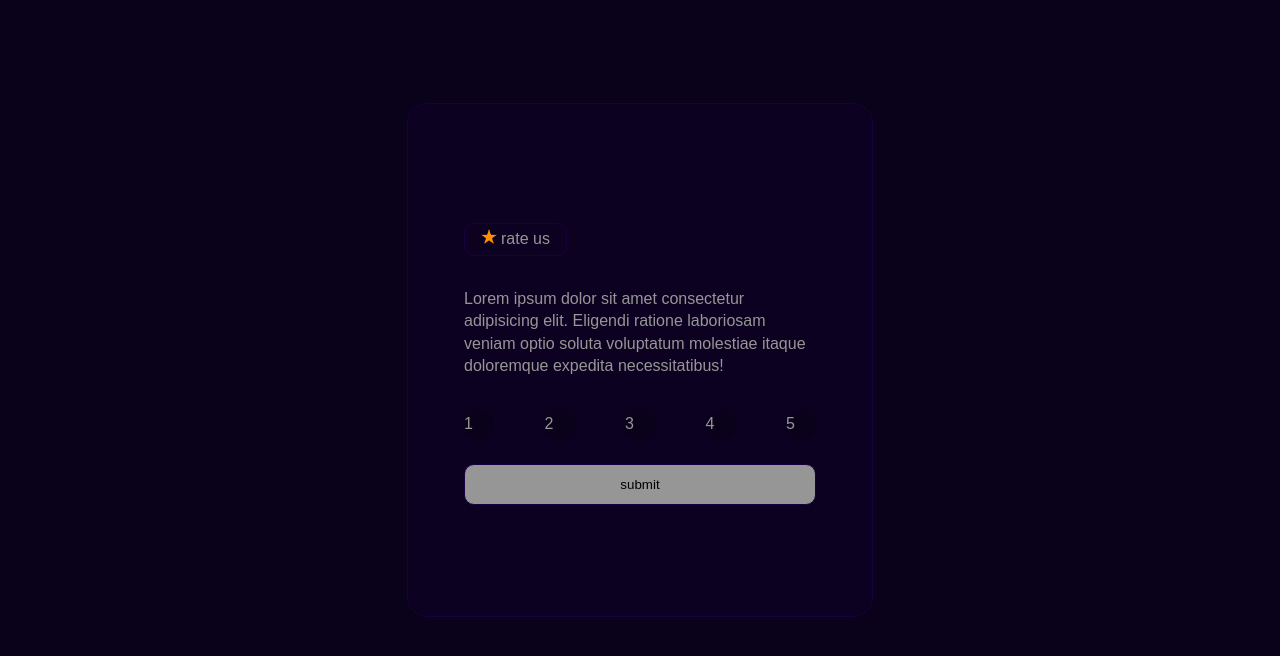
Repository: russel-success/xcodepp-TASK-2
Page: index.html
The author's editor kept a copy of each file at every save. The page is drawn from the files as they stood at one save, then again after the next save.
The browser window is 1280 px wide. The pictures show the whole page.

Above is the page before, as saved 2024-05-25 10:06:27.

After the next save:
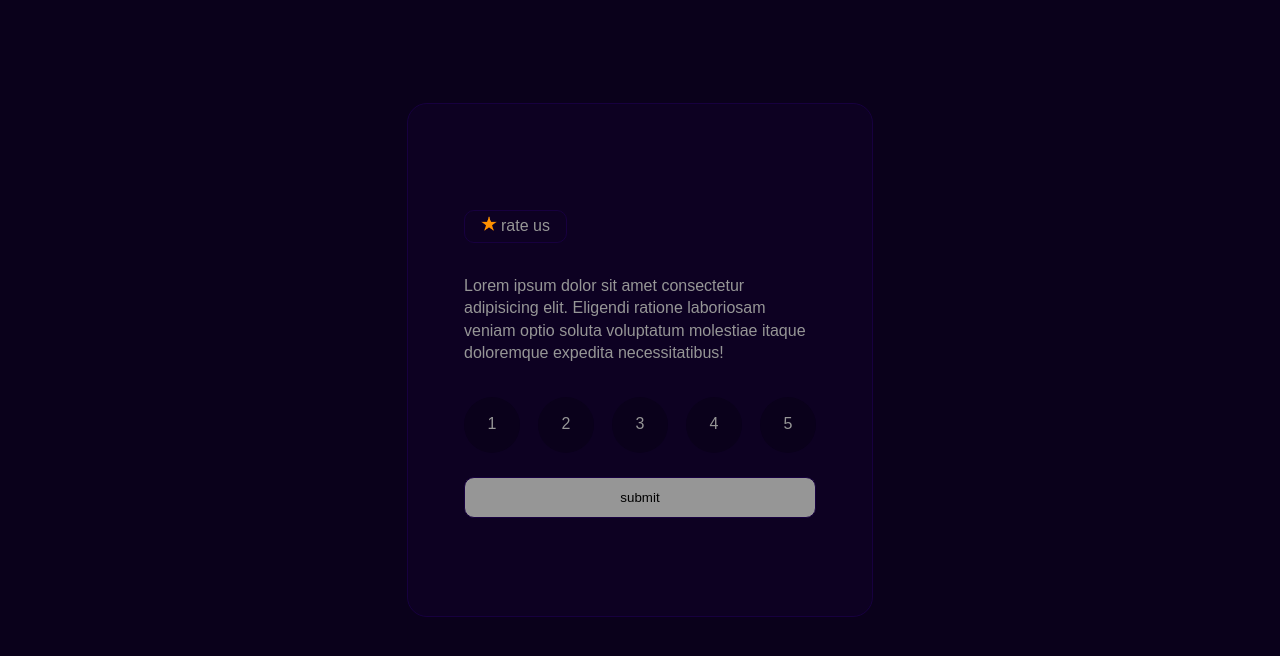
Saved 4 s later.
--- a/styles/styles.css
+++ b/styles/styles.css
@@ -66,11 +66,10 @@
 }
 .rating{
     /* border:1px solid white; */
-    width:fit-content;
-    height:fit-content;
+    width:56px;
+    height:56px;
     min-width:30px;
     min-height:30px;
-    padding:
     text-align:center;
     align-content:center;
     border-radius:28px;
